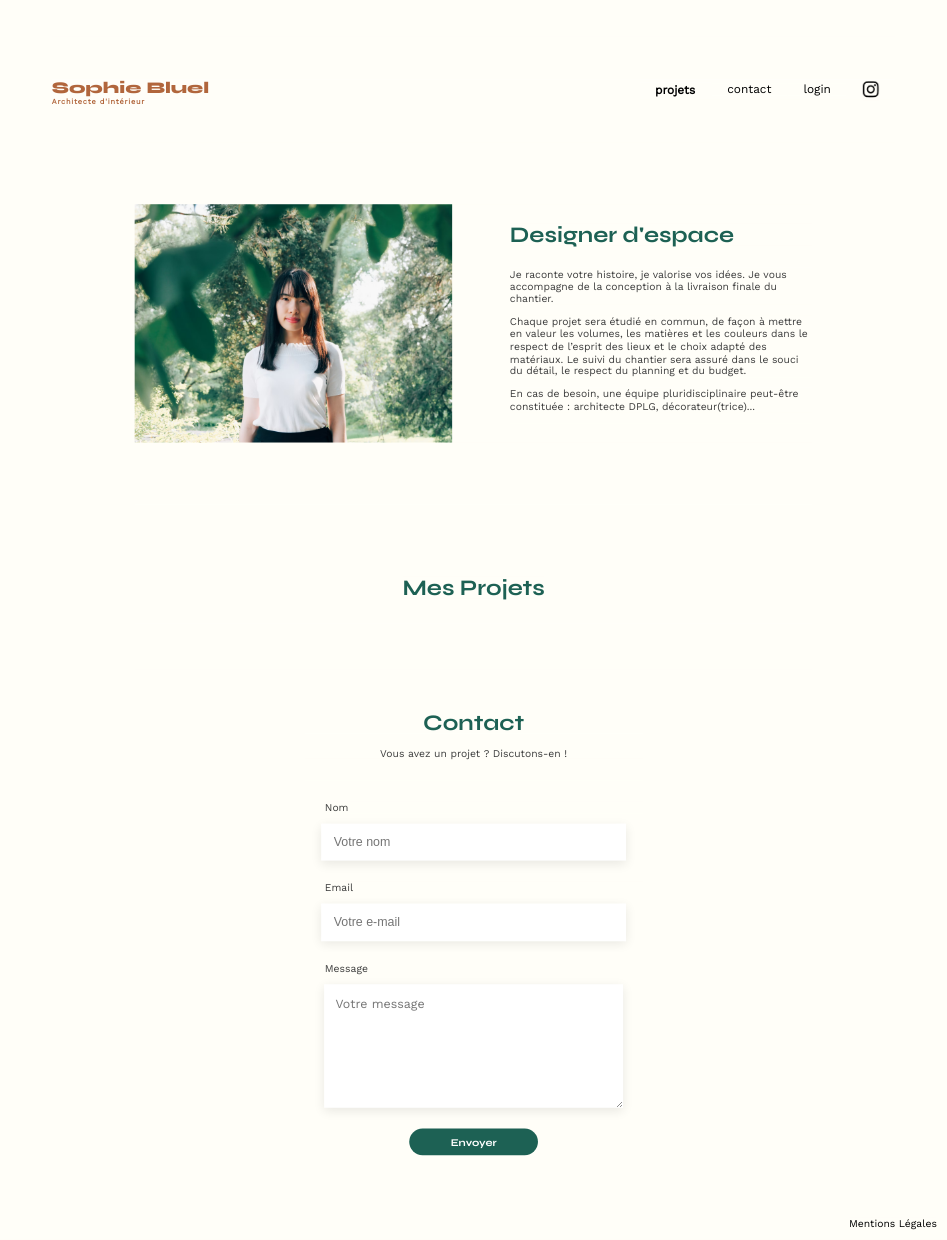
Repository: BlueSoley23/openclassrooms
Page: FrontEnd/index.html
The author's editor kept a copy of each file at every save. The page is drawn from the files as they stood at one save, then again after the next save.
The browser window is 1280 px wide. The pictures show the whole page, at 74% of full size.
The page's requests for data from a server got no answer.

Above is the page before, as saved 2023-12-21 07:27:17.
Console error: TypeError: categories is not iterable

After the next save:
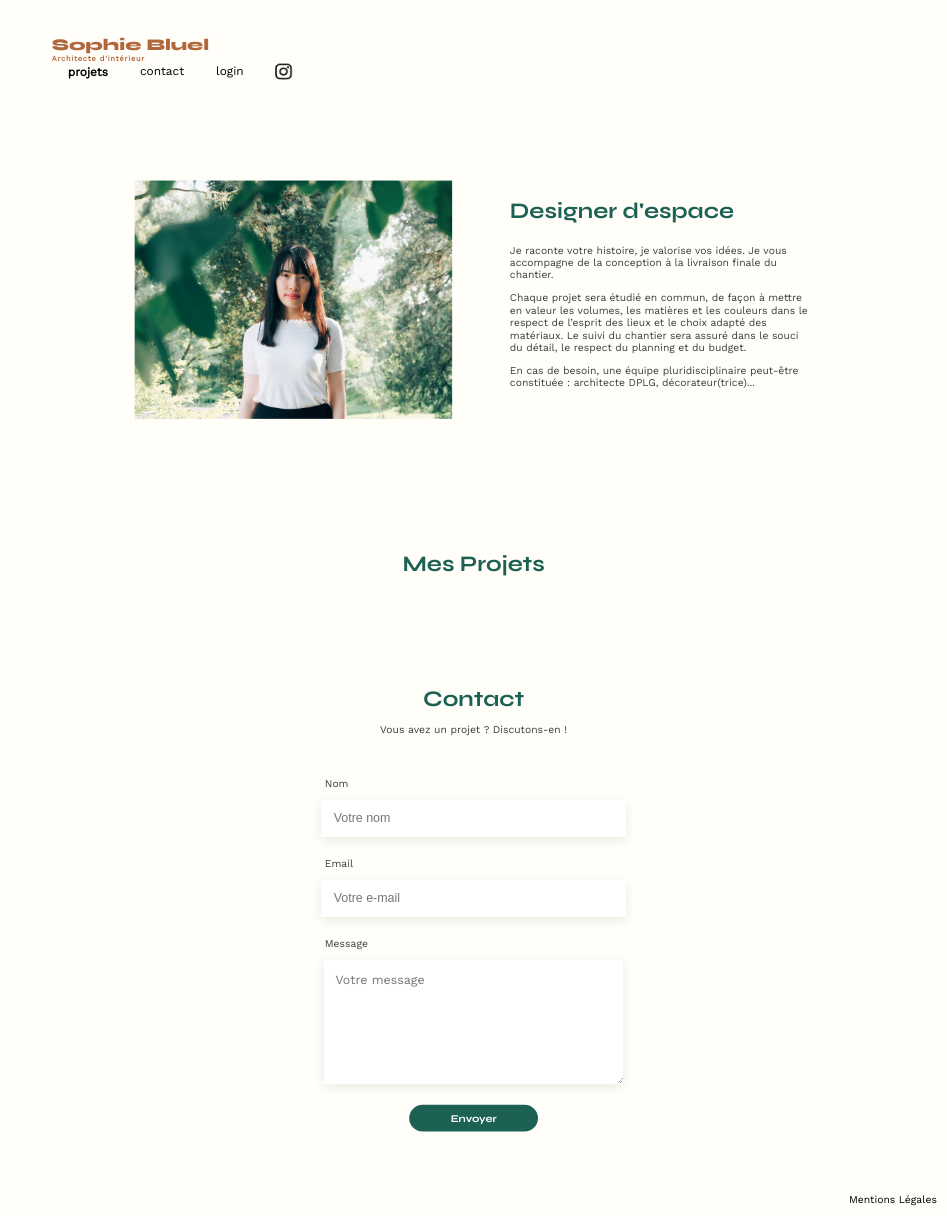
Saved 10 s later.
--- a/FrontEnd/assets/css/style.css
+++ b/FrontEnd/assets/css/style.css
@@ -554,16 +554,7 @@
 		align-items: auto;
 	}
 
-	.header {
-		display: flex;
-		flex-direction: column;
-	}
-
-	.header-block {
-		margin-top: 59px;
-		display: flex;
-		justify-content: space-between;
-	  }
+
 
 		.modifier-link__content {
 			display: flex;
